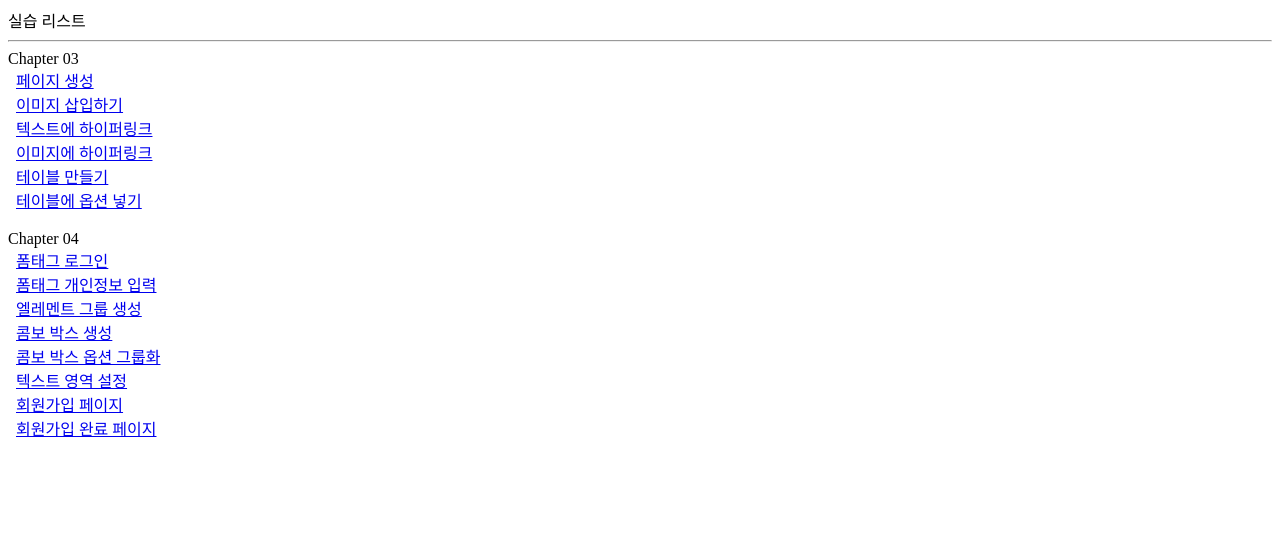
Repository: dhc518/WebProgramming_2023
Page: http://localhost/JSPStudy/List.jsp
An editor plug-in stored every save of this project. The page is shown before and after the next save, followed by the edit.
The browser window is 1280 px wide. The pictures show the whole page.
The page is served by Tomcat 9.

Above is the page before, as saved 2023-03-31 04:59:58.

### Project/JSPStudy/src/main/webapp/List.jsp
<%@ page language="java" contentType="text/html; charset=UTF-8"
    pageEncoding="UTF-8"%>
<!DOCTYPE html>
<html>
<head>
<meta charset="UTF-8">
<title>실습 리스트</title>
</head>
<body>
	실습 리스트
	<hr>
	Chapter 03
		<br>&nbsp;	<a href="welcome.jsp" target="_blank">
		페이지 생성</a>
		<br>&nbsp;	<a href="insert_image.jsp" target="_blank">
		이미지 삽입하기</a>
		<br>&nbsp;	<a href="hyperlink_text.jsp" target="_blank">
		텍스트에 하이퍼링크</a>
		<br>&nbsp;	<a href="hyperlink_image.jsp" target="_blank">
		이미지에 하이퍼링크</a>
		<br>&nbsp;	<a href="table_default.jsp" target="_blank">
		테이블 만들기</a>
		<br>&nbsp;	<a href="table_option.jsp" target="_blank">
		테이블에 옵션 넣기</a>
		<br><br>
	Chapter 04
		<br>&nbsp;	<a href="ch04/form_login.jsp" target="_blank">
		폼태그 로그인</a>
		<br>&nbsp;	<a href="ch04/form_input.jsp" target="_blank">
		폼태그 개인정보 입력</a>
		<br>&nbsp;	<a href="ch04/form_element.jsp" target="_blank">
		엘레멘트 그룹 생성</a>
		<br>&nbsp;	<a href="ch04/form_select.jsp" target="_blank">
		콤보 박스 생성</a>
		<br>&nbsp;	<a href="ch04/form_optgroup.jsp" target="_blank">
		콤보 박스 옵션 그룹화</a>
		<br>&nbsp;	<a href="ch04/form_textarea.jsp" target="_blank">
		텍스트 영역 설정</a>
		<br>&nbsp;	<a href="ch04/form_membership01.jsp" target="_blank">
		회원가입 페이지</a>
		<br>&nbsp;	<a href="ch04/form_membership02.jsp" target="_blank">
		회원가입 완료 페이지</a>
</body>
</html>

After the next save:
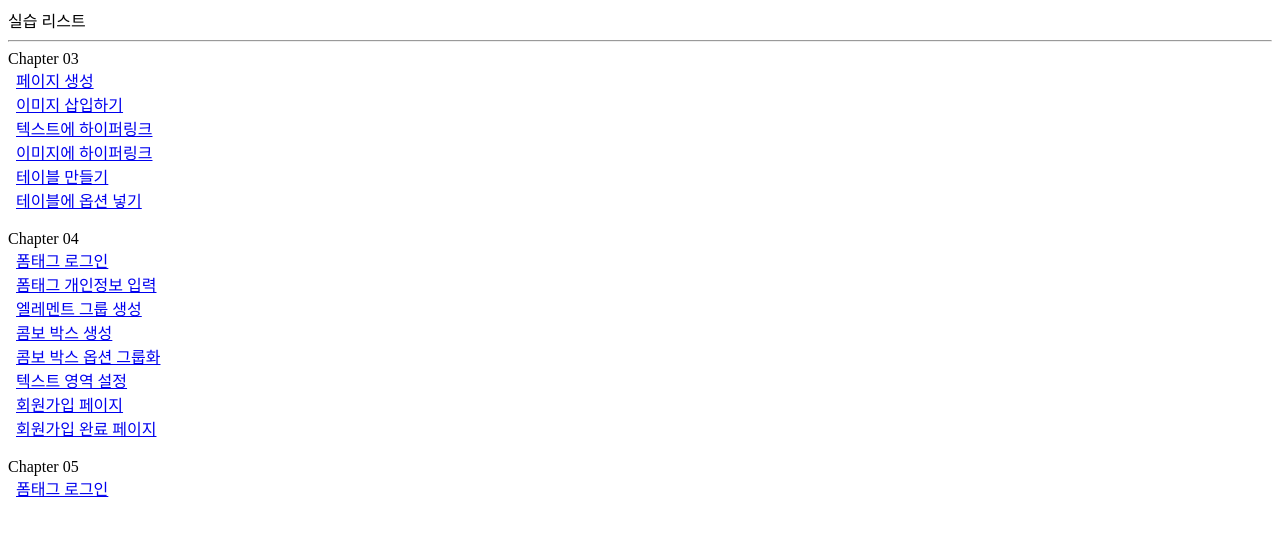
Saved 2 min 22 s later.
--- a/Project/JSPStudy/src/main/webapp/List.jsp
+++ b/Project/JSPStudy/src/main/webapp/List.jsp
@@ -40,5 +40,9 @@
 		회원가입 페이지</a>
 		<br>&nbsp;	<a href="ch04/form_membership02.jsp" target="_blank">
 		회원가입 완료 페이지</a>
+		<br><br>
+		Chapter 05
+		<br>&nbsp;	<a href="ch05/handlerFunction.jsp" target="_blank">
+		폼태그 로그인</a>
 </body>
 </html>
